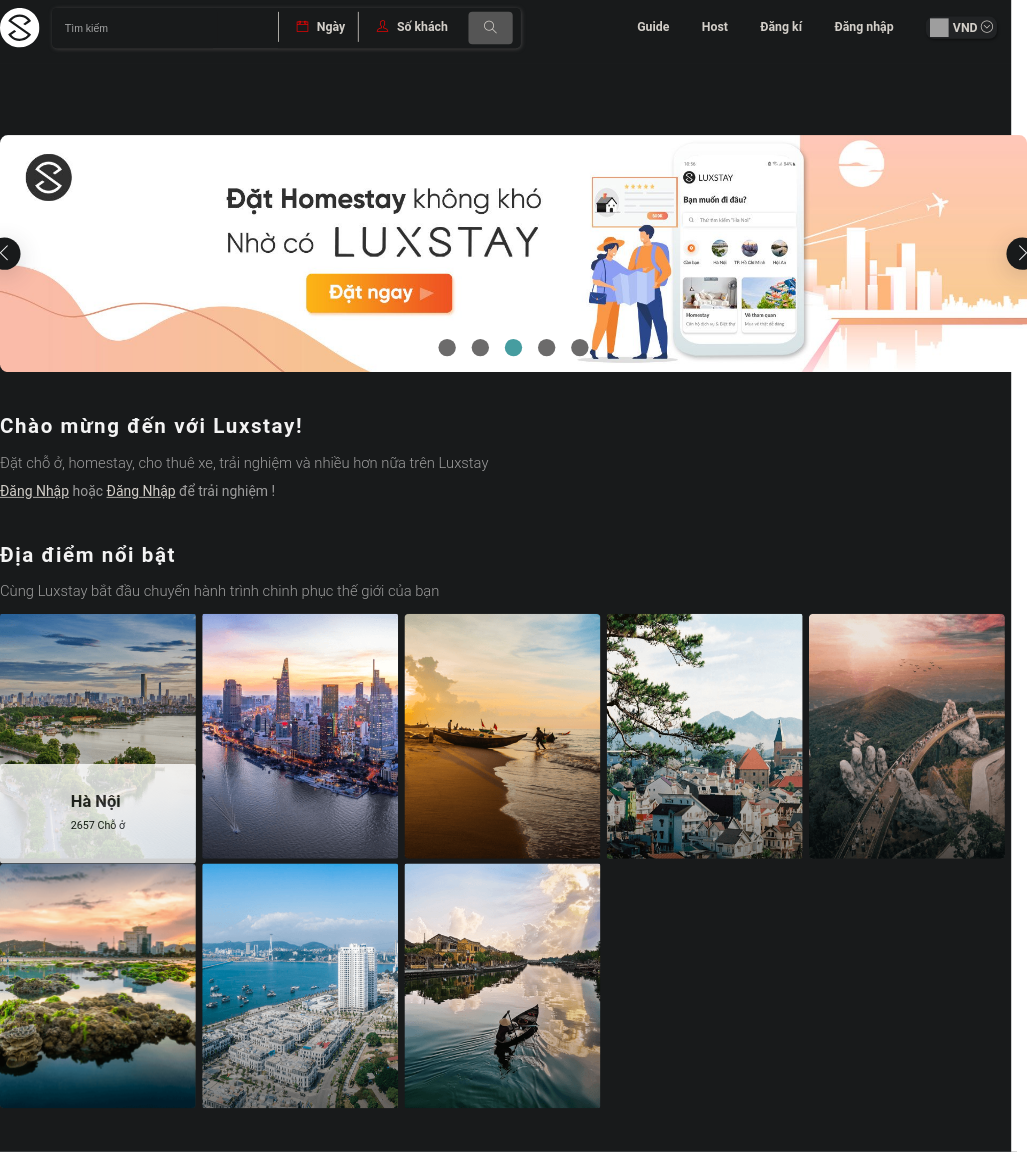
Repository: thuong22062004/Luxstay
Page: index.html
An editor plug-in stored every save of this project. The page is shown before and after the next save, followed by the edit.
The browser window is 1280 px wide. The page is 1300 px wide, so the pictures cover 1300 px, including what lies to the right of the window. The pictures show the whole page, at 79% of full size.
The pointer rests on the first visible `.img__local-item`.
Pictures or frames that could not be fetched are drawn as grey boxes.

Above is the page before, as saved 2021-11-20 21:43:33.

### index.html
<!DOCTYPE html>
<html lang="en">
<head>
    <meta charset="UTF-8">
    <meta http-equiv="X-UA-Compatible" content="IE=edge">
    <meta name="viewport" content="width=device-width, initial-scale=1.0">
    <link rel="stylesheet" href="./asset/grid.css">
    <link rel="stylesheet" href="./travel/dif.css">
    <link rel="stylesheet" href="./travel/thesame.css">
    <link rel="stylesheet" href="./travel/icon/themify-icons-font/themify-icons/themify-icons.css">
    <title>Document</title>
</head>
<body>
    <div class="traveling">
        <header class="header">
            <div class="grid-comon">
                <div class="header__contain">
                    <div class="header__logo-search">
                        <svg version="1.1" fil ="white" viewBox="0 0 50 50" class="header__logo" style="width: 50px; height: 50px; "><path pid="0" fill="#fff" d="M25.093 0c13.781.06 24.94 11.317 24.882 25.106C49.917 38.894 38.663 50.058 24.88 50 11.1 49.942-.059 38.683.001 24.894.057 11.106 11.31-.058 25.092 0zm11.801 31.9L14.398 16.053c.241-.26.48-.518.74-.777 2.7-2.687 5.971-4.031 9.775-4.015 3.804.015 7.064 1.388 9.741 4.098.238.241.476.482.694.743l-5.951 4.133 2.381 1.688 5.153-3.576v.02L39.33 16.7c-.692-1.203-1.584-2.325-2.616-3.39-3.231-3.292-7.167-4.947-11.788-4.967-4.6-.019-8.53 1.603-11.809 4.867a17.806 17.806 0 00-2.682 3.408l1.429 1.004 23.429 16.51c-.24.26-.48.518-.74.777-2.7 2.687-5.971 4.011-9.775 3.996-3.803-.016-7.063-1.37-9.74-4.08-.258-.26-.496-.521-.734-.782l6.111-4.251-.139-.181-2.183-1.528-5.373 3.735v-.021l-2.377 1.65a17.824 17.824 0 002.654 3.43c3.253 3.291 7.169 4.946 11.769 4.965 4.62.021 8.549-1.602 11.83-4.866 1.06-1.075 1.96-2.21 2.682-3.406l-2.383-1.67z">
                      </path>
                    </svg>
                    <div class="header_search">
                        <div class="header__search-cotainer-input">
                        <input type="search" name="HI"  class="header__input-seacrch" placeholder="Tìm kiếm">
                            <div class="history__search">
                                <h3 class="hitory__search--heading">History</h3>
                                <ul class="history__search-list">
                                    <li class="history__search-item">
                                        <a href="" class="history__search-link">Dubai</a>
                                    </li>
                                    <li class="history__search-item">
                                        <a href="" class="history__search-link">Dubai</a>
                                    </li>
                                    <li class="history__search-item">
                                        <a href="" class="history__search-link">Dubai</a>
                                    </li>
                                    <li class="history__search-item">
                                        <a href="" class="history__search-link">Dubai</a>
                                    </li>
                                </ul>
                            </div>
                        </div>
                        <div class="header__day-guest">
                            <div class="hedaer__lich">
                                <span class="header_theday"><i class="header_theday-icon ti-calendar"></i>
                                    Ngày
                                </span>
                            </div>
                            <div class="header__guest-number">
                                <span class="header_theday"><i class=" header_theday-icon ti-user"></i>
                                    Số khách
                                </span>
                            </div>
                            <div class="header_search-icons">
                                <button class="btn btn-comon ">
                                <i class=" header_search-icon-search ti-search"></i>
                                </button>
                            </div>
                        </div>
                    </div>
                    </div>
                    <div class="header__nav">
                           <ul class="header__menu">
                               <li class="header__menu-item">
                                   <a href="" class="header__menu-link">Guide</a>
                                </li>
                                <li class="header__menu-item">
                                    <a href="" class="header__menu-link">Host</a>
                                 </li>
                                 <li class="header__menu-item">
                                    <a href="./travel/singup.html" class="header__menu-link">Đăng kí </a>
                                 </li>
                                 <li class="header__menu-item">
                                    <a href="./travel/login.html" class="header__menu-link">Đăng nhập</a>
                                 </li>
                                 <li class="header__menu-item  ">
                                     <input type="checkbox"  hidden name="" class="language__appear" id="languge__click-check">
                                     <label for = "languge__click-check" class="header__menu-item-img">
                                        <img class="header__menu-icon-img" src="https://www.luxstay.com/icons/vi.svg"/>
                                    <p href="" class="header__menu-link">VND <i class="ti-arrow-circle-down"></i></p>
                                    </label>
                                     <div class="header__language-container">
                                         <div class="header__language">
                                             <ul class="header__language-list">
                                                 <li class="header__languge-items">
                                                     <div class="language__item-use language__item-use-active">
                                                          <img class="header__language-img" src="https://www.luxstay.com/icons/vi.svg"/>
                                                            <a class="language__item-title">Tiếng Việt <i class="ti-check language__item-active"></i></a>
                                                     </div>
                                                 </li>
                                                 <li class="header__languge-items">
                                                    <div class="language__item-use ">
                                                         <img class="header__language-img" src="https://www.luxstay.com/icons/en.svg"/>
                                                           <a class="language__item-title">English<i class="ti-check language__item-active"></i></a>
                                                    </div>
                                                </li>
                                                <li class="header__laneguge-items">
                                                    <div class="language__item-use ">
                                                         <img class="header__language-img" src="https://www.luxstay.com/icons/ko.svg"/>
                                                           <a class="language__item-title">Korean<i class="ti-check language__item-active"></i></a>
                                                    </div>
                                                </li>
                                             </ul>
                                             <ul class="header__language-list">
                                                <li class="header__languge-items">
                                                    <div class="crash__item-use language__item-use-active ">
                                                           <span class="languge__item-symboi">VND</span>
                                                           <a class="language__item-title">Việt Nam Đồng<i class="ti-check language__item-active"></i></a>
                                                    </div>
                                                </li>
                                                <li class="header__languge-items">
                                                   <div class="crash__item-use ">
                                                    <span class="languge__item-symboi">USD</span>
                                                          <a class="language__item-title">United States Dollar<i class="ti-check language__item-active"></i></a>
                                                   </div>
                                               </li>
                                            </ul>
                                         </div>
                                     </div>
                                 </li>
                           </ul>
                    </div>
                </div>
            </div>
        </header>
        <div class="container">
            <div class="grid-comon">
            <div class="contain-slider">
                <div class="slider">
                    <i class="ti-angle-left slider__back "></i>
                    <i class="ti-angle-right slider__next "></i>
                    <ul class="list__dots">
                        <li class="item-dot active" data-index ="0"></li>
                        <li class="item-dot" data-index ="1"></li>
                        <li class="item-dot" data-index ="2"></li>
                        <li class="item-dot" data-index ="3"></li>
                        <li class="item-dot" data-index ="4"></li>
                    </ul>
                    <div class="contain-img">
                         <div class="list-img">
                         <div class="img-item">
                             <img src="./img/anh1.png" class= "img-child"  alt="" sizes="" srcset="">
                         </div>
                         <div class="img-item">
                             <img src='./img/anh2.png' class= "img-child" alt="" sizes="" srcset="">
                         </div>
                         <div class="img-item">
                             <img src="./img/anh1.png"class= "img-child" alt="" sizes="" srcset="">
                         </div>
                         <div class="img-item">
                             <img src="./img/anh2.png"class= "img-child"  alt="" sizes="" srcset="">
                         </div>
                         <div class="img-item">
                             <img src="./img/anh1.png"  class= "img-child" alt="" sizes="" srcset="">
                         </div>
                         </div>
                    </div>
                </div>
            </div>
            <div class="contain__fullofText grid">
                <h3 class="text-mutual">Chào mừng đến với Luxstay!</h3>
                <p class="text__chil-common">Đặt chỗ ở, homestay, cho thuê xe, trải nghiệm và nhiều hơn nữa trên Luxstay</p>
                <span class="text-log"><a href="" class="text__link-log">Đăng Nhập</a>
                    hoặc
                    <a href="" class="text__link-log">Đăng Nhập</a>
                    để trải nghiệm !
                </span>
            </div>
            <div class="contain__fullofText grid">
                <h3 class="text-mutual">Địa điểm nổi bật</h3>
                <p class="text__chil-common">Cùng Luxstay bắt đầu chuyến hành trình chinh phục thế giới của bạn</p>
            </div>
            <div class="slide-location grid ">
                <div class="row">
                    <div class="col l-2 m-6 c-12">
                        <div class="img__local-list">
                                <img src="./img/ảnh HA NOI.png" alt="" class="img__local-item">
                                <div class="text__site-number">
                              <div class="contain__location-control">
                                <h5 class="text-site">Hà Nội</h5>
                               <p class="text-numofguest">2657 Chỗ ở</p>
                              </div>
                        </div>
                    </div>
                </div>
                <div class="col l-2 m-6 c-12">
                    <div class="img__local-list">
                            <img src="./img/tphcm.png" alt="" class="img__local-item">
                            <div class="text__site-number">
                          <div class="contain__location-control">
                            <h5 class="text-site">TP.Hồ Chí Minh</h5>
                           <p class="text-numofguest">2242 Chỗ ở</p>
                          </div>
                    </div>
                </div>
            </div>
            <div class="col l-2 m-6 c-12">
                <div class="img__local-list">
                        <img src="./img/vungtau.png" alt="" class="img__local-item">
                        <div class="text__site-number">
                      <div class="contain__location-control">
                        <h5 class="text-site">Vũng Tàu</h5>
                       <p class="text-numofguest">549 Chỗ ở</p>
                      </div>
                </div>
            </div>
        </div>
        <div class="col l-2 m-6 c-12">
            <div class="img__local-list">
                    <img src="./img/dalat.png" alt="" class="img__local-item">
                    <div class="text__site-number">
                  <div class="contain__location-control">
                    <h5 class="text-site">Đà Lạt </h5>
                   <p class="text-numofguest">1488 Chỗ ở</p>
                  </div>
            </div>
        </div>
    </div>
    <div class="col l-2 m-6 c-12">
        <div class="img__local-list">
                <img src="./img/danang.png" alt="" class="img__local-item">
                <div class="text__site-number">
              <div class="contain__location-control">
                <h5 class="text-site">Đà nẵng</h5>
               <p class="text-numofguest">897 Chỗ ở</p>
              </div>
        </div>
    </div>
</div>
<div class="col l-2 m-6 c-12">
    <div class="img__local-list">
            <img src="./img/nhatrang.png" alt="" class="img__local-item">
            <div class="text__site-number">
          <div class="contain__location-control">
            <h5 class="text-site">Nha trang</h5>
           <p class="text-numofguest">635 Chỗ ở</p>
          </div>
    </div>
</div>
</div>
<div class="col l-2 m-6 c-12">
    <div class="img__local-list">
            <img src="./img/quangninh.png" alt="" class="img__local-item">
            <div class="text__site-number">
          <div class="contain__location-control">
            <h5 class="text-site">Quảng Ninh</h5>
           <p class="text-numofguest">218 Chỗ ở</p>
          </div>
    </div>
</div>
</div>
<div class="col l-2 m-6 c-12">
    <div class="img__local-list">
            <img src="./img/hoian.png" alt="" class="img__local-item">
            <div class="text__site-number">
          <div class="contain__location-control">
            <h5 class="text-site">Hội an</h5>
           <p class="text-numofguest">323 Chỗ ở</p>
          </div>
    </div>
</div>
</div>
            </div>
        </div>
        </div>
        <div class="footer"></div>
    </div>
    <script src="index.js"></script>
</body>
</html>

### travel/dif.css
.header{
    height: 81px;
    background: #181a1b;
}
.header__logo-search{
    display: flex;
    align-items: center;
}
.header__logo{
    margin: 10px 16px 10px 0px;
}
.header_search{
     background:#181a1b;
     box-shadow: 1px 1px 6px rgb(71, 70, 70);
     display: flex;
     width: 593px;
     border-radius: 6px;
}
.header__search-cotainer-input{
    flex:1;
    position: relative;
}
.header__input-seacrch{
    border-radius: 6px;
    font-weight: 500;
    padding: 18px 16px;
    border: none;
     outline: none;
     color: var(--text-white);
    background: #181a1b;
}
::placeholder {
    color:var(--text-white);
    opacity: 0.6;
}
.header_theday{
    font-size: 1.5rem;
    color:var(--text-color) ;
    padding: 10px 16px;
    border-left: 1px solid var(--text-color);
    font-weight: 600;
    cursor: pointer;
}
.header__day-guest{
    display: flex;
    align-items: center;
    background: #181a1b;
}
.header__day-guest{
    border-bottom-right-radius: 6px;
    border-top-right-radius: 6px;
}
.header_theday .header_theday-icon{
 margin: 0px 7px;
 color: red;
 font-size: 1.4rem;
}
.header_search-icons{
    padding: 0px 10px;
}

.header_search-icon-search {
    color: var(--text-color);
    font-size: 1.6rem;
    display: inline-block;
}
.header__menu-link{
    text-decoration: none;
    color: var(--text-color);
    font-size: 1.5rem;
    font-weight: 600;
    /* display: block; */
    padding: 3px 5px 3px 0 ;
}
.header__menu{
    display: flex;
    align-items: center;
}
.header__menu-item:hover .header__menu-link{
    color: var(--text-hover);
}
.header__contain{
    display: flex;
    align-items: center;
    justify-content: space-between;
}
.header__menu-item{
    list-style: none;
    padding: 0 18px;
    position: relative;
}
 .header__menu-item-img{
    border-radius: 10px;
    background: #212325;
    box-shadow: 1px 2px 3px rgb(0, 0, 0, 0.4);
}
.header__menu-icon-img{
    width:24px;
    height: 24px;
    margin: 2px 5px;
}
.header__menu-item-img{
    display: flex;
    align-items: center;
}
.header__language{
    display:flex;
}
.header__language-container{
    position: absolute;
    top: calc(100% + 12px);
    right: 0;
    background:var(--outstanding-color);
    width: 468px;
    height: 150px;
    transform-style: preserve-3d;
    transform: rotateX(-180deg);
     transform-origin:top;
     transition: transform linear 0.2s;
     backface-visibility: hidden;
    box-shadow: 1px 2px 5px var(--text-white);
    cursor: pointer;
    animation: FadeIn ease 0.5s;
    z-index: 1;
}
.language__appear:checked ~ .header__language-container{
    transform:rotateX(0deg);
    /* backface-visibility: visible; */
}
.header__language-container::before{
    content: "";
    position: absolute;
    width: 25%;
    height: 20px;
    right: 0 ;
    top: -15px;
}
.language__item-use{
    display: flex;
    align-items: center;
    padding: 10px 87px 21px 10px;
    border-right:1px solid  var(--text-white);
}
::marker {
    color: transparent;
    display:none;
  }
.header__language-img{
    width: 18px;
    height: 18px;
    margin: 0 10px;
}
.header__languge-items{
    list-style: none;
}
.language__item-title{
    font-size: 1.4rem;
    text-decoration: none;
    color: var(--text-color);
    display:block;
}
.language__item-active{
    font-size: 1.2rem;
    padding: 0 10px;
    /* color: #222; */
    color: blanchedalmond;
    display: none;
}
.language__item-use-active .language__item-active{
    display:inline-block;
}
.crash__item-use {
    display: flex;
    align-items: center;
    padding: 10px 36px 21px 10px;
}
.languge__item-symboi{
    font-size: 1.6rem;
   color:var(--text-white);
    font-weight: 600;
    /* padding: 0 10px; */
    margin: 2px 8px;
}
.header__languge-items:hover .language__item-title{
    color: var(--text-hover);
}
.history__search{
    position: absolute;
    top: calc(100% + 8px);
    left: 0;
    /* background:var(--outstanding-color); */
    background: #232526;  /* fallback for old browsers */
    background: -webkit-linear-gradient(to right, #414345, #232526);  /* Chrome 10-25, Safari 5.1-6 */
    background: linear-gradient(to right, #414345, #232526); /* W3C, IE 10+/ Edge, Firefox 16+, Chrome 26+, Opera 12+, Safari 7+ */
    width: 100%;
    box-shadow: 1px 1px 6px rgb(71, 70, 70);
    border-radius: 3px;
    display:none;
    z-index: 3;
    animation: FadeIn ease 0.5s;
}
.hitory__search--heading{
    color:var(--text-white);
    font-weight: 400;
    font-size: 1.6rem;
    height: 20px;
    margin:10px 16px;
    opacity: 0.6;
    user-select: none;
    cursor:default;
}
.history__search-list{
    list-style: none;
}
.history__search-link{
    text-decoration: none;
    /* color: var(--text-color); */
    color: var(--text-white);
    font-size: 1.3rem;
    display:block;
    padding: 10px 10px;
    font-weight: 500;
}
.history__search-item:hover {
    background: #000000;  /* fallback for old browsers */
    background: -webkit-linear-gradient(to right, #434343, #000000);  /* Chrome 10-25, Safari 5.1-6 */
    background: linear-gradient(to right, #434343, #000000); /* W3C, IE 10+/ Edge, Firefox 16+, Chrome 26+, Opera 12+, Safari 7+ */
}
.history__search-item:last-child{
    border-bottom-left-radius: 3px;
    border-bottom-right-radius: 3px;
}
.history__search::before{
    position:absolute;
    content: '';
    width: 100%;
    height: 10px;
    /* background:white; */
    top: -10px;
    left:0;
}
.header__input-seacrch:focus ~ .history__search{
display:block;
}
.container{
    background: #181a1b;
}
/*         slider           */




.contain-slider{
    padding-top: 90px;
}
.slider{
    width: 1300px;
    margin: 0 auto;
    position: relative;
    overflow: hidden;
}

.contain-img{
    width:9999px;
    height :300px;
    position: relative;
    /* transform:translateX(-1000px) */
    transition: all 0.25s linear;
}
.list-img{
    width:1300px;
    display: flex;
}
.img-child{
    width: 1300px;
    height:300px;
    border-radius: 10px;
    /* float: left; */
}
.slider__back,
.slider__next {
    position: absolute;
    top:50%;
    transform:translateY(-50%);
    color :whitesmoke;
    z-index: 1;
    font-size: 2rem;
    padding: 10px;
    background:#181a1b;
    border-radius: 50%;
    box-shadow: rgba(55, 55, 58, 0.2) 0px 7px 29px 0px;
    cursor: pointer;
}
.slider__next {
    right: -15px;
}
.slider__back{
    left: -15px;
}
.list__dots{
   position: absolute;
   display: flex;
   bottom:20px;
   left: 50%;
   transform:translateX(-50%);
   z-index: 1;
}
.item-dot{
    width: 22px;
    height:22px;
    border-radius: 50%;
    background:rgb(46, 45, 45);
    transition:background 0.5s linear;
    opacity: 0.7;
}
.item-dot.active{
    background:rgb(50, 146, 150);
    opacity: 0.9;
}
.list__dots li {
   margin:0 10px;
}
.text-log{
    color:var(--text-small);
    font-size:1.7rem;
}
/* slide img location */
.slide-location{
    padding-bottom: 50px;
}
.img__local-list{
    width: 248px;
    position: relative;
    overflow: hidden;
}
.img__local-item{
    width: 248px;
    height:310px;
    border-radius: 3px;
}
.text__site-number{
    position: absolute;
    bottom: 0;
    background:rgb(255, 255, 255);
    width: 100%;
    height:40%;
    border-radius: 3px;
    align-items: center;
    justify-content: center;
    opacity: 0.8;
    display: flex;
    transform:translateY(130px);
    transition: transform ease 0.8s;
}
.text-site{
    color: var(--outstanding-color);
    font-weight:700;
    font-size: 2rem;
    text-transform: capitalize;
}
.text-numofguest{
    color: var(--text-child);
    font-weight: 400;
    font-size: 1.3rem;
    margin-top: 15px;
}
.img__local-item:hover ~ .text__site-number{
    /* backface-visibility: visible; */
    transform:translateY(0px);
}
.img__local-item:hover{
    opacity: 0.8;
}

Loaded but not shown: travel/icon/themify-icons-font/themify-icons/themify-icons.css (common file); index.js (63 lines, source omitted); asset/grid.css (463 lines, source omitted); travel/thesame.css (127 lines, source omitted)

After the next save:
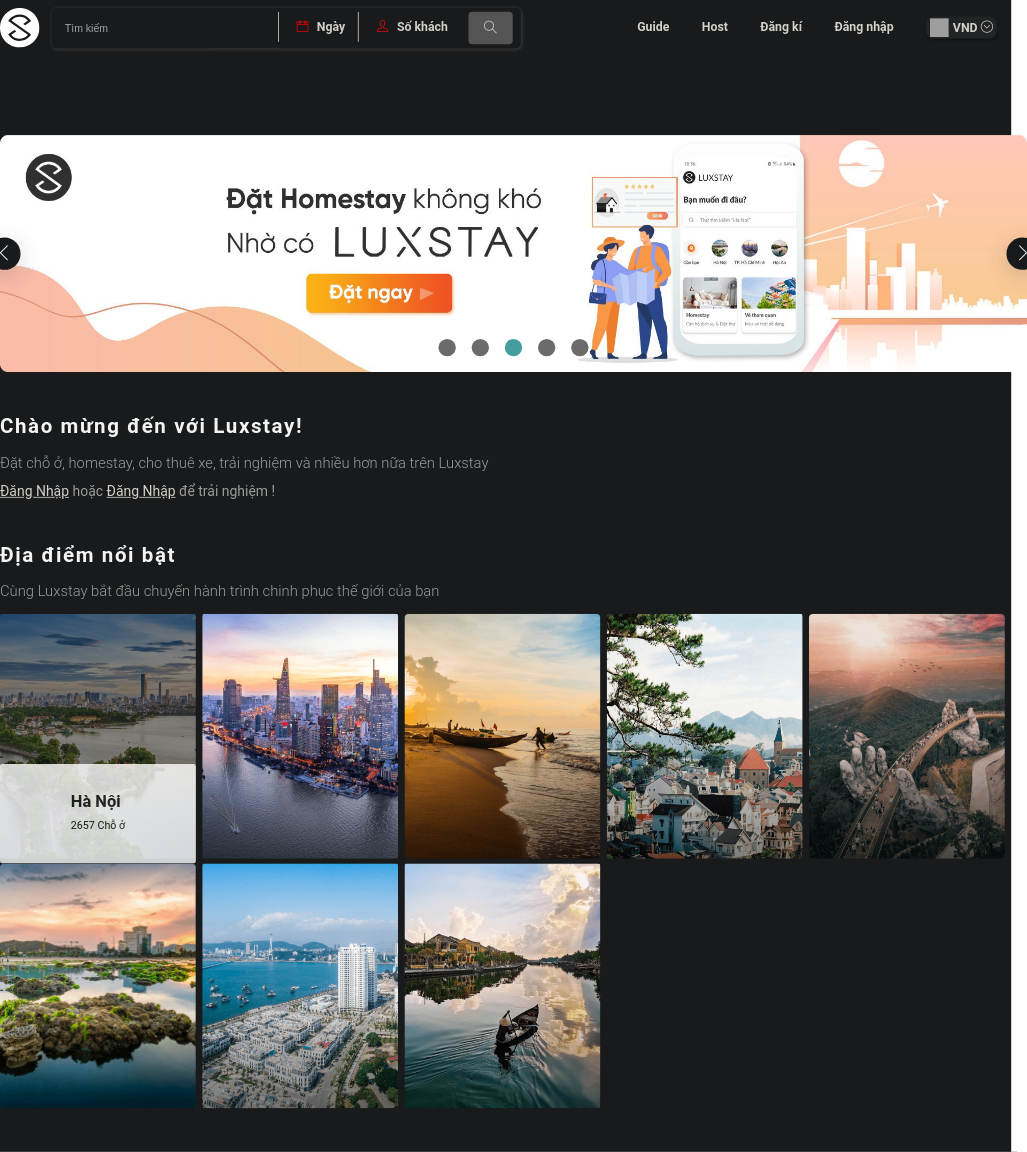
Saved 4 s later.
--- a/travel/dif.css
+++ b/travel/dif.css
@@ -369,5 +369,5 @@
     transform:translateY(0px);
 }
 .img__local-item:hover{
-    opacity: 0.8;
-}
+    opacity: 0.5;
+}
